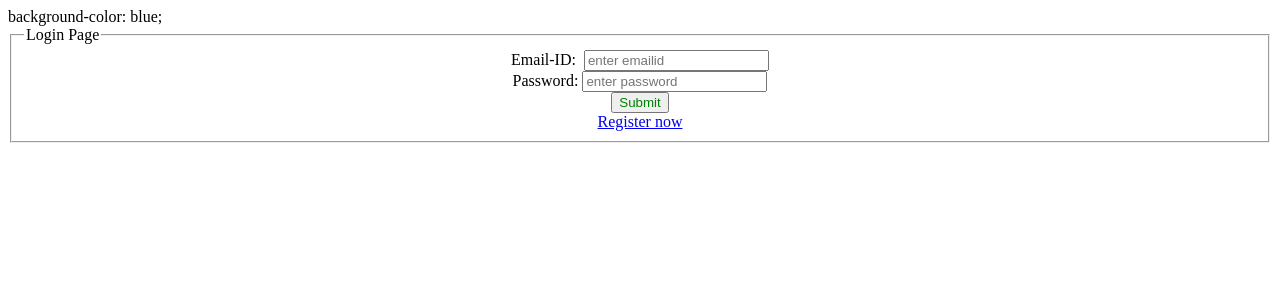
Repository: Tharungandhi/ServeltProject
Page: ServletJDBCApp/WebContent/login.html
An editor plug-in stored every save of this project. The page is shown before and after the next save, followed by the edit.
The browser window is 1280 px wide. The pictures show the whole page.

Above is the page before, as saved 2019-01-29 10:44:52.

### ServletJDBCApp/WebContent/login.html
















<!DOCTYPE html>
<html>
<head>
<meta charset="UTF-8">
<title>Login Page</title>
</head>
<body>
 background-color: blue;
<form action="login" method="post">

<fieldset>
<legend> Login Page</legend>
<div align="center">
<div>
<label>Email-ID:</label>
&nbsp;<input type="email" name="emailid"  placeholder="enter emailid" value="" required/> </div>
<div>
<label>Password:</label>
<input type="password" name="password"  placeholder="enter password" value="" required/> </div>
<input style='color: green' type="submit" name="submit"/>
<div>
<a href=registration.html> Register now </a> </div>
</div>
</fieldset>
</form>
</body>
</html>

After the next save:
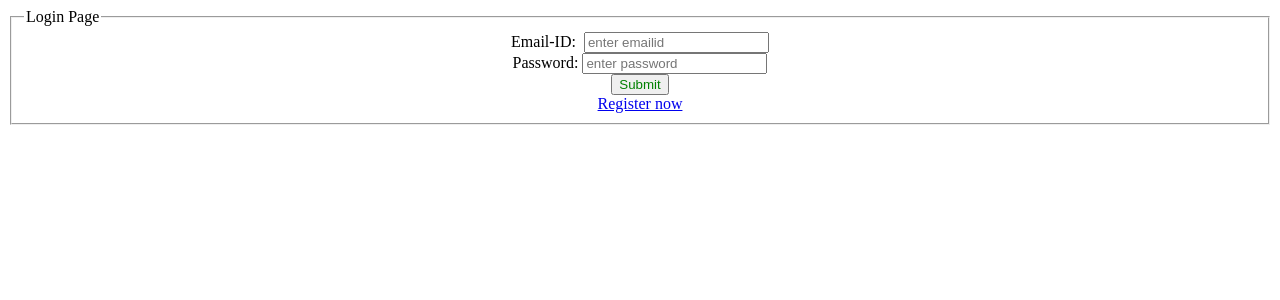
Saved 2 min 1 s later.
--- a/ServletJDBCApp/WebContent/login.html
+++ b/ServletJDBCApp/WebContent/login.html
@@ -17,11 +17,11 @@
 <!DOCTYPE html>
 <html>
 <head>
+<style body{background-color: blue};></style>
 <meta charset="UTF-8">
 <title>Login Page</title>
 </head>
 <body>
- background-color: blue;
 <form action="login" method="post">
 
 <fieldset>
